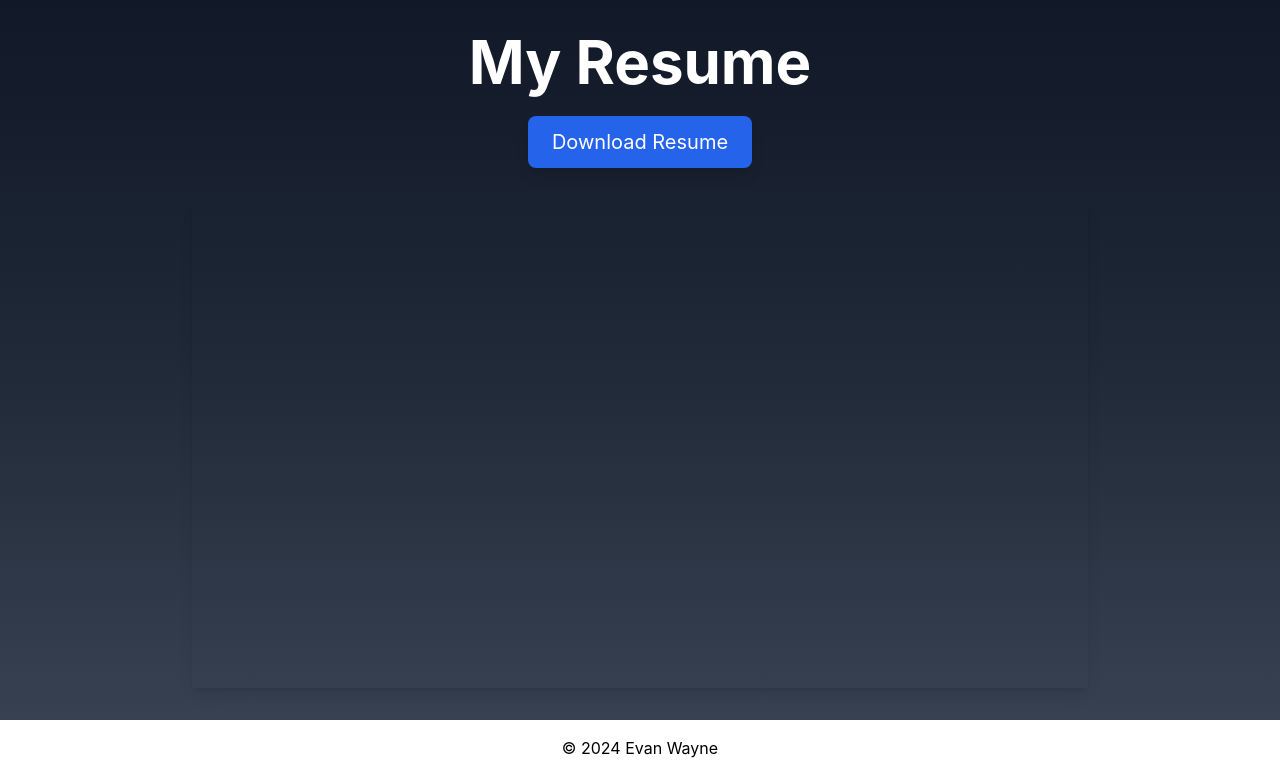
Repository: evnwyn/Evan-Wayne-s-Portfolio
Page: /resume
The author's editor kept a copy of each file at every save. The page is drawn from the files as they stood at one save, then again after the next save.
The browser window is 1280 px wide. The pictures show the whole page.
The project was rebuilt for these pictures with package versions that can differ from the ones it lists, and the page was loaded fresh each time. The framework's server and built-in components were replaced by stand-ins that run in the browser. Also part of the build but not shown: next.config.js.

Above is the page before, as saved 2024-10-09 20:21:42.

### src/app/layout.tsx
// src/app/layout.tsx

import '~/styles/globals.css'; // Keep your global styles import
import { type Metadata } from 'next';
import { ReactNode } from 'react';

// Make sure this line is removed
// import NavBar from './NavBar';

export const metadata: Metadata = {
  title: 'Evan Wayne | Portfolio',
  description: 'This is my personal portfolio website',
  icons: [{ rel: 'icon', url: '/favicon.ico' }],
};

export default function RootLayout({ children }: { children: ReactNode }) {
  return (
    <html lang="en">
      <body className="min-h-screen flex flex-col">
        {/* Remove any reference to NavBar here */}
        <main className="flex-grow">{children}</main>
        <footer className="p-4 text-center">
          © {new Date().getFullYear()} Evan Wayne
        </footer>
      </body>
    </html>
  );
}

### src/app/resume/page.tsx
// app/resume/page.tsx

import React from 'react';

export default function Resume() {
  return (
    <div className="min-h-screen flex flex-col items-center justify-center p-8 bg-gradient-to-b from-gray-900 via-gray-800 to-gray-700">
      <h1 className="text-6xl font-bold text-white mb-6 transition-all duration-500 hover:text-gray-300">
        My Resume
      </h1>
      <a
        href="/Evan Wayne's Resume 09:10:2024.pdf" // Ensure this points to the correct resume file in the public folder
        download
        className="bg-blue-600 text-white text-xl px-6 py-3 rounded-lg shadow-lg transform hover:bg-blue-700 hover:scale-110 transition-transform duration-500 ease-out hover:shadow-xl"
      >
        Download Resume
      </a>
      <iframe
        src="/Evan Wayne's Resume 09:10:2024.pdf" // Embedding the resume for inline viewing
        className="mt-8 w-full max-w-4xl h-full border-0 shadow-lg"
        style={{ height: 'calc(100vh - 200px)' }} // Adjust height to fit full viewport minus some space for header and download button
        title="Resume PDF"
      />
    </div>
  );
}

### src/styles/globals.css
@tailwind base;
@tailwind components;
@tailwind utilities;

/* Custom Global Styles */

html,
body {
  padding: 0;
  margin: 0;
  height: 100%;
  font-family: -apple-system, BlinkMacSystemFont, "Segoe UI", Roboto, Oxygen, Ubuntu, Cantarell, "Fira Sans", "Droid Sans", "Helvetica Neue", sans-serif;
  scroll-behavior: smooth;
}

a {
  text-decoration: none;
  color: inherit;
  transition: color 0.3s ease-in-out, text-decoration 0.3s ease-in-out;
}

a:hover {
  color: #1f78ff; /* Updated to a modern shade of blue */
  text-decoration: underline;
}

* {
  box-sizing: border-box;
}

/* Custom Button Styling */
button {
  @apply bg-blue-600 text-white font-semibold py-3 px-6 rounded-lg shadow-md;
  transition: background-color 0.3s ease, transform 0.3s ease;
}

button:hover {
  background-color: #1f60cc; /* Darker shade on hover */
  transform: scale(1.05); /* Add a subtle scale effect on hover */
}

/* Global Flex and Full-Height Settings */
#__next,
main {
  min-height: 100%;
  display: flex;
  flex-direction: column;
}

/* Responsive breakpoints for custom font sizes */
@media (max-width: 768px) {
  html {
    font-size: 14px;
  }
}

Loaded but not shown: tailwind.config.ts (common file)

After the next save:
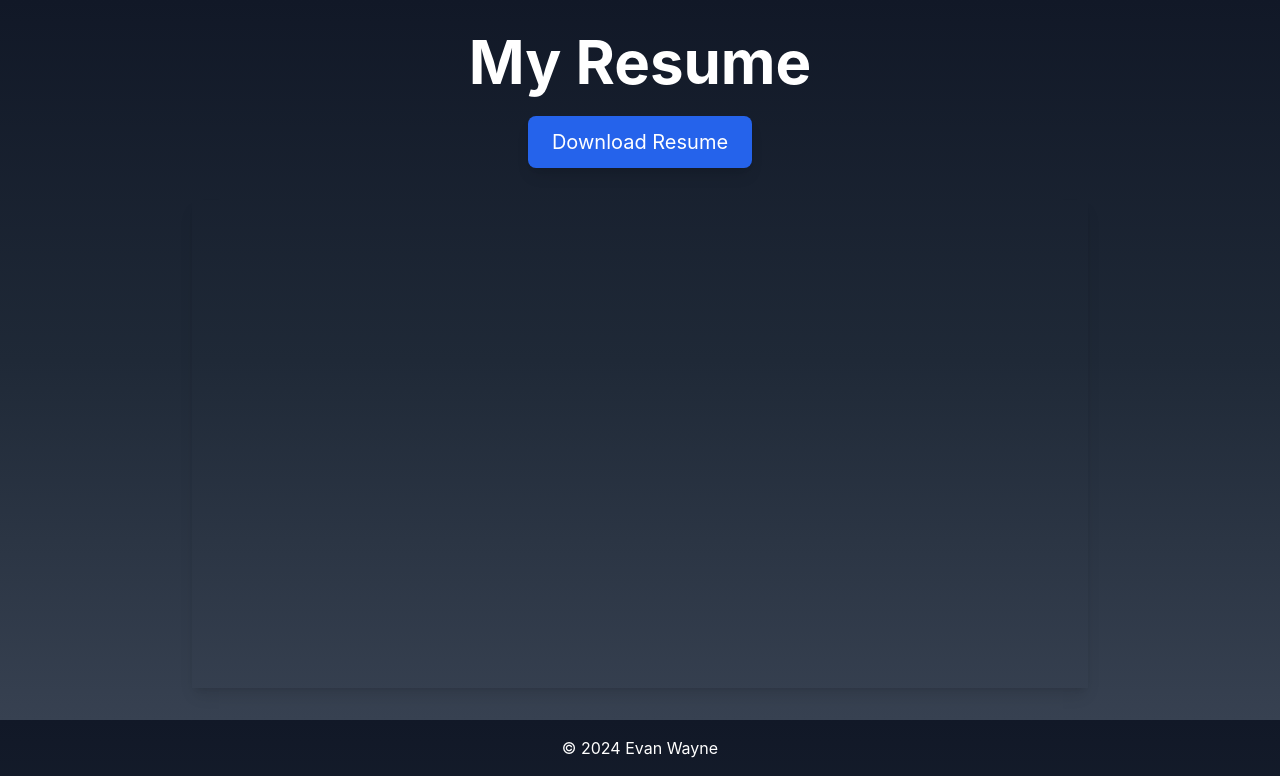
Saved 57 s later.
--- a/src/app/layout.tsx
+++ b/src/app/layout.tsx
@@ -1,11 +1,8 @@
-// src/app/layout.tsx
+// app/layout.tsx
 
-import '~/styles/globals.css'; // Keep your global styles import
+import '~/styles/globals.css'; // Import your global styles
 import { type Metadata } from 'next';
 import { ReactNode } from 'react';
-
-// Make sure this line is removed
-// import NavBar from './NavBar';
 
 export const metadata: Metadata = {
   title: 'Evan Wayne | Portfolio',
@@ -16,10 +13,10 @@ export const metadata: Metadata = {
 export default function RootLayout({ children }: { children: ReactNode }) {
   return (
     <html lang="en">
-      <body className="min-h-screen flex flex-col">
-        {/* Remove any reference to NavBar here */}
-        <main className="flex-grow">{children}</main>
-        <footer className="p-4 text-center">
+      <body className="min-h-screen flex flex-col bg-gradient-to-b from-gray-900 via-gray-800 to-gray-700">
+        {/* Main content area, flex-grow ensures this stretches to fill the viewport */}
+        <main className="flex-grow flex flex-col">{children}</main>
+        <footer className="text-center text-white py-4">
           © {new Date().getFullYear()} Evan Wayne
         </footer>
       </body>
